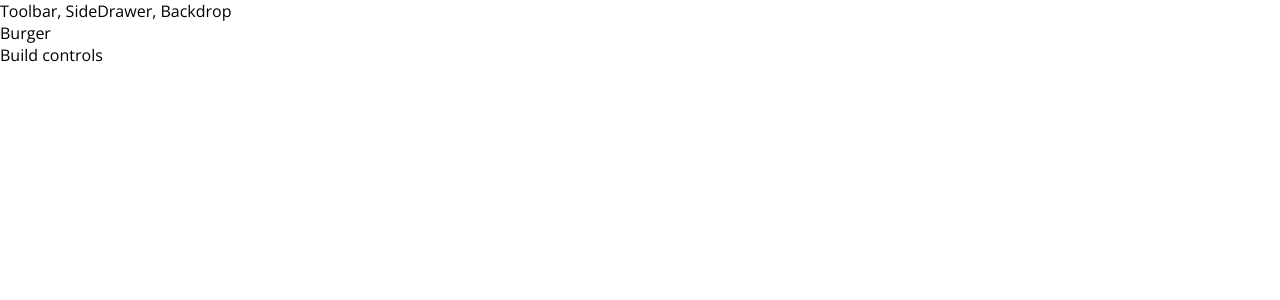
Repository: AbdulMutaal/Burger-Builder
Page: /
These files come from the project's save history. The page is drawn as it stood at one moment and after the next save; the edit follows.
The browser window is 1280 px wide. The pictures show the whole page.
The project was rebuilt for these pictures with package versions that can differ from the ones it lists, and the page was loaded fresh each time.

Above is the page before, as saved 2021-12-07 10:22:21.

### src/index.css
body {
  margin: 0;
  font-family: "Open Sans", sans-serif;
}

### src/App.js
import Layout from './components/Layout/Layout';
import BurgerBuilder from './containers/BurgerBuilder/BurgerBuilder';

function App() {
  return (
    <div>
      <Layout>
        <BurgerBuilder />
      </Layout>
    </div>
  );
}

export default App;

### src/components/Layout/Layout.js
import React from 'react';

import Auxiliary from '../../hoc/Auxiliary';
import classes from './Layout.module.css';

const layout = ( props ) => (
    <Auxiliary>
        <div>Toolbar, SideDrawer, Backdrop</div>
        <main>
            {props.children}
        </main>
    </Auxiliary>
);

export default layout;

### src/containers/BurgerBuilder/BurgerBuilder.js
import React, { Component } from 'react';
import Auxiliary from '../../hoc/Auxiliary';

class BurgerBuilder extends Component {
    render () {
        return (
            <Auxiliary>
                <div>Burger</div>
                <div>Build controls</div>
            </Auxiliary>
        );
    }
}

export default BurgerBuilder;

Loaded but not shown: public/index.html (common file); src/index.js (common file); src/reportWebVitals.js (common file); src/hoc/Auxiliary.js (common file); src/components/Layout/Layout.module.css (common file)

After the next save:
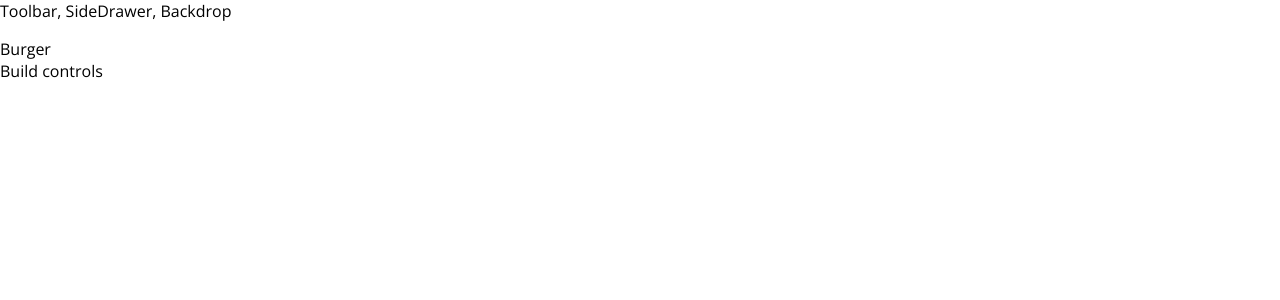
Saved 21 s later.
--- a/src/components/Layout/Layout.js
+++ b/src/components/Layout/Layout.js
@@ -6,7 +6,7 @@ import classes from './Layout.module.css';
 const layout = ( props ) => (
     <Auxiliary>
         <div>Toolbar, SideDrawer, Backdrop</div>
-        <main>
+        <main className={classes.Content}>
             {props.children}
         </main>
     </Auxiliary>
